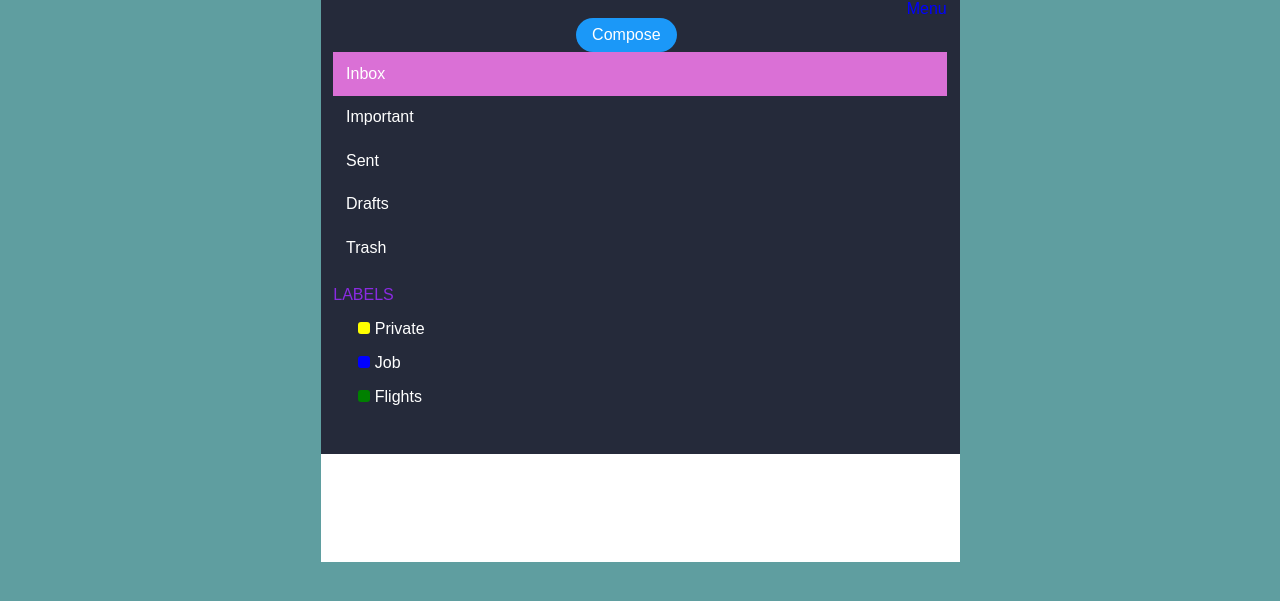
Repository: Gumiin/studia
Page: lesson4/index.html
An editor plug-in stored every save of this project. The page is shown before and after the next save, followed by the edit.
The browser window is 1280 px wide. The pictures show the whole page.
The pointer rests on the first visible `.menu`.

Above is the page before, as saved 2021-04-21 17:28:06.

### lesson4/index.html
<!DOCTYPE html>
<html lang="en">
<head>
    <meta charset="UTF-8">
    <meta http-equiv="X-UA-Compatible" content="IE=edge">
    <meta name="viewport" content="width=device-width, initial-scale=1.0">
    <title>Mail mobile part</title>
    <link rel="stylesheet" href="style.css">
</head>
<body>
    <main>
    <navigation id="menus">
        <p style="border: 0px;margin: 0px; color: blue;margin-right: 2%;text-align: right;">Menu</p>
        <a href=""><div id="compose">Compose</div></a>
        <nav>
            <a href=""><div class="menu">Inbox</div></a>
            <a href=""><div class="menu">Important</div></a>
            <a href=""><div class="menu">Sent</div></a>
            <a href=""><div class="menu">Drafts</div></a>
            <a href=""><div class="menu">Trash</div></a>
        </nav>
        <div id="labels">
            <p style="color: blueviolet;">LABELS</p>
            <p>
                <div class="label"style="background-color: yellow;"></div>
            Private
            </p>
            <p>
                <div class="label" style="background-color: blue;"></div>
            Job
            </p>
            <p>
                <div class="label" style="background-color: green;"></div>
            Flights
            </p>
        </div>
    </navigation>
    <list id="mails">
        <div class="mail">dsadsadsa</div>
        <div class="mail">dsadsadsa</div>
        <div class="mail">dsadsadsa</div>
        <div class="mail">dsadsadsa</div>
        <div class="mail">dsadsad</div>
    </list>
    <content id="messenge">
        gddsgdgdsgds
    </content>
</main>
</body>
</html>

### lesson4/style.css
body{
    margin: 0px;
    border: 0px;
    max-width: 639px;
    height:100%;
    margin:auto;
    font-family: Arial, sans-serif;
    color: white;
    background-color: cadetblue;
}
main{
    margin: 0 auto;
    background:#fff;
    display: grid;
    grid-template-areas:
        "navigation"
        "list"
        "content";
}
#menus{
    background-color: #252a3a;
    font-size: 16px;
}
#menus a{
    text-decoration: none;
    color: white;
}

#compose{
    background-color: #1B98F8;
    border: none;
    color: white;
    padding: 20px;
    text-align: center;
    text-decoration: none;
    display: inline-block;
    font-size: 16px;
    padding: 8px 16px;
    margin-left: 40%;
    border-radius: 20px;
}
.menu{
    margin-left: 2%;
    margin-right: 2%;
    padding: 2%;
}
.menu:hover{
    background-color: orchid;
}
#labels{
    margin-left: 2%;
    padding-bottom: 5%;
}
.label{
    border: none;
    display: inline-block;
    padding: 6px 6px;
    border-radius: 3px;
    margin-left:4%;
}

After the next save:
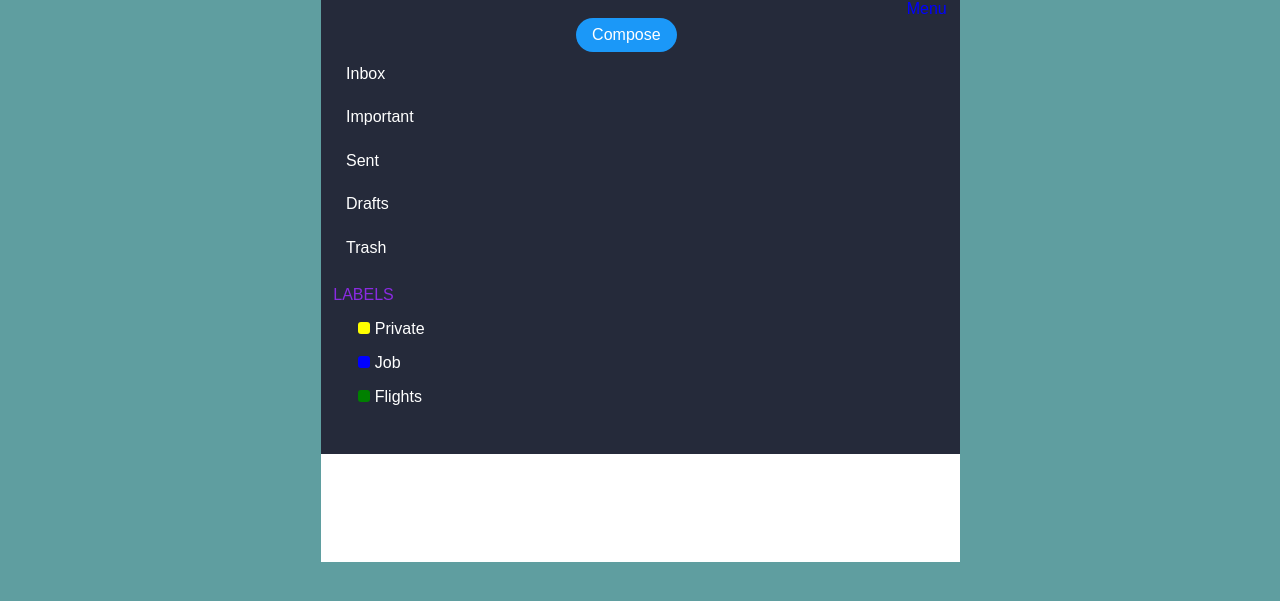
Saved 47 s later.
--- a/lesson4/style.css
+++ b/lesson4/style.css
@@ -45,7 +45,7 @@ main{
     padding: 2%;
 }
 .menu:hover{
-    background-color: orchid;
+    opacity: 0,85;
 }
 #labels{
     margin-left: 2%;

After the save that followed:
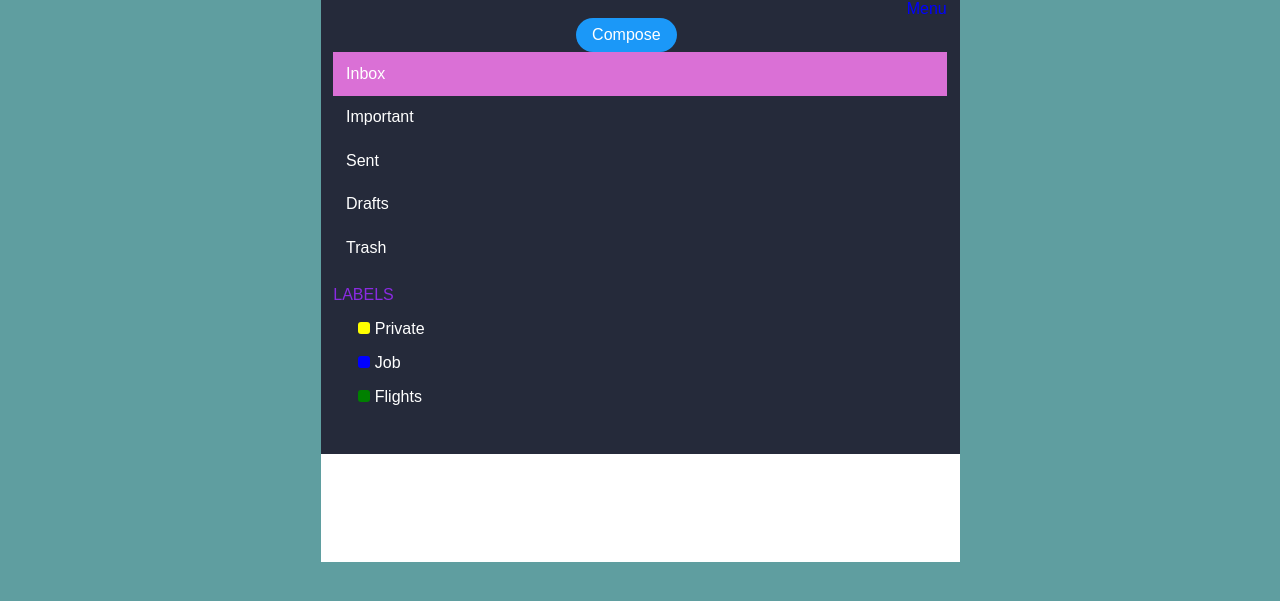
Saved 15 s later.
--- a/lesson4/style.css
+++ b/lesson4/style.css
@@ -45,7 +45,7 @@ main{
     padding: 2%;
 }
 .menu:hover{
-    opacity: 0,85;
+    background-color: orchid;
 }
 #labels{
     margin-left: 2%;
